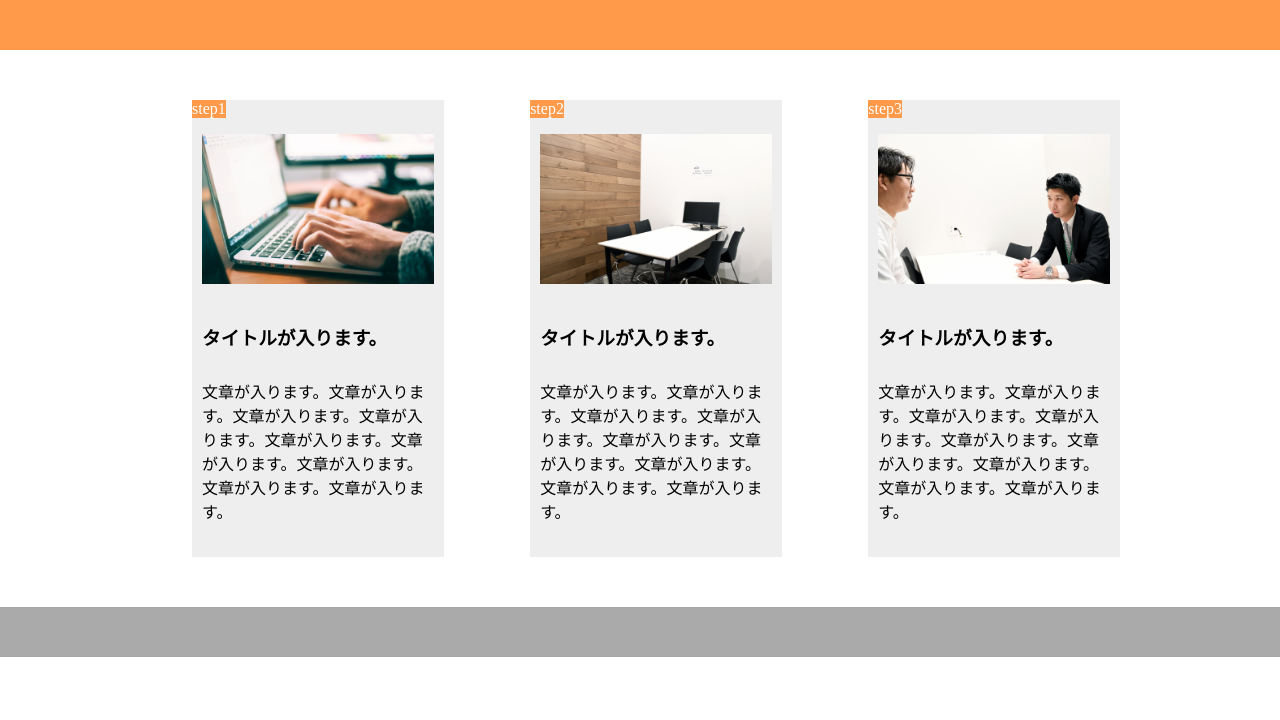
Repository: nosuyuki1002/git-practice2
Page: chpter/9.html
The author's editor kept a record of every edit. The page is drawn from the files as they stood at one moment, then again after the next edit.
The browser window is 1280 px wide. The pictures show the whole page.

Above is the page before.

### chpter/9.html
<!DOCTYPE html>
<html lang="ja">

    <head>

        <meta charset="UTF-8" />
        <link rel="stylesheet" href="style.css">
        <title>chapter9</title>

    </head>

    <body>
        <header></header>

        <main>
        　　<div class="step-box">
        　　  <div class="step-img1"></div>
        　      <p class="step-num">step1</p>

        　　  <h3 class="title">タイトルが入ります。</h3>
        　　  <p>文章が入ります。文章が入ります。文章が入ります。文章が入ります。文章が入ります。文章が入ります。文章が入ります。文章が入ります。文章が入ります。</p>
        　　</div>

        　　<div class="step-box">
        　　  <div class="step-img2">
        　      <p class="step-num">step2</p>
        　     </div>
        　　  <h3 class="title">タイトルが入ります。</h3>
        　　  <p>文章が入ります。文章が入ります。文章が入ります。文章が入ります。文章が入ります。文章が入ります。文章が入ります。文章が入ります。文章が入ります。</p>
        　　</div>

        　　<div class="step-box">
        　　  <div class="step-img3">
        　      <p class="step-num">step3</p>
        　     </div>
        　　  <h3 class="title">タイトルが入ります。</h3>
        　　  <p>文章が入ります。文章が入ります。文章が入ります。文章が入ります。文章が入ります。文章が入ります。文章が入ります。文章が入ります。文章が入ります。</p>
        　　</div>
        </main>

        <footer></footer>
    </body>
</html>

### chpter/style.css
* {
    margin: 0;
    padding: 0;
    box-sizing: border-box;
}

header {
    height: 50px;
    background-color: #ff9a4b;
}

main {
    width: 960px;
    margin: 50px auto;
    display: flex;
}

.step-box {
    width: 300px;
    margin-right: 30px;
    padding: 10px;
    position: relative;
    background-color: #eee;
}

.step-box:last-child {
    margin-right: 0;
}

.step-img1 {
    height: 150px;
    background-image: url(img3/flow01.png);
    background-position: bottom;
    background-size: cover;
}

.step-img2 {
    height: 150px;
    background-image: url(img3/flow02.png);
    background-position: bottom;
    background-size: cover;
}

.step-img3 {
    height: 150px;
    background-image: url(img3/flow03.png);
    background-position: bottom;
    background-size: cover;
}

.step-num {
    position: absolute;
    top: 0;
    left: 0;
    background-color: #ff9a4b;
    color: white;
}

.title {
    margin: 15px 0 5px;
}

footer {
    height: 50px;
    background-color: #aaa;
}

@media screen and (max-width: 768px) {
    header {
        width: 100%;
    }

    main {
        width: 100%;
        margin: 50px auto;
        display: block;
    }

    .step-box {
        width: 90%;
        padding-bottom: 20px;
    }


}

After the next edit:
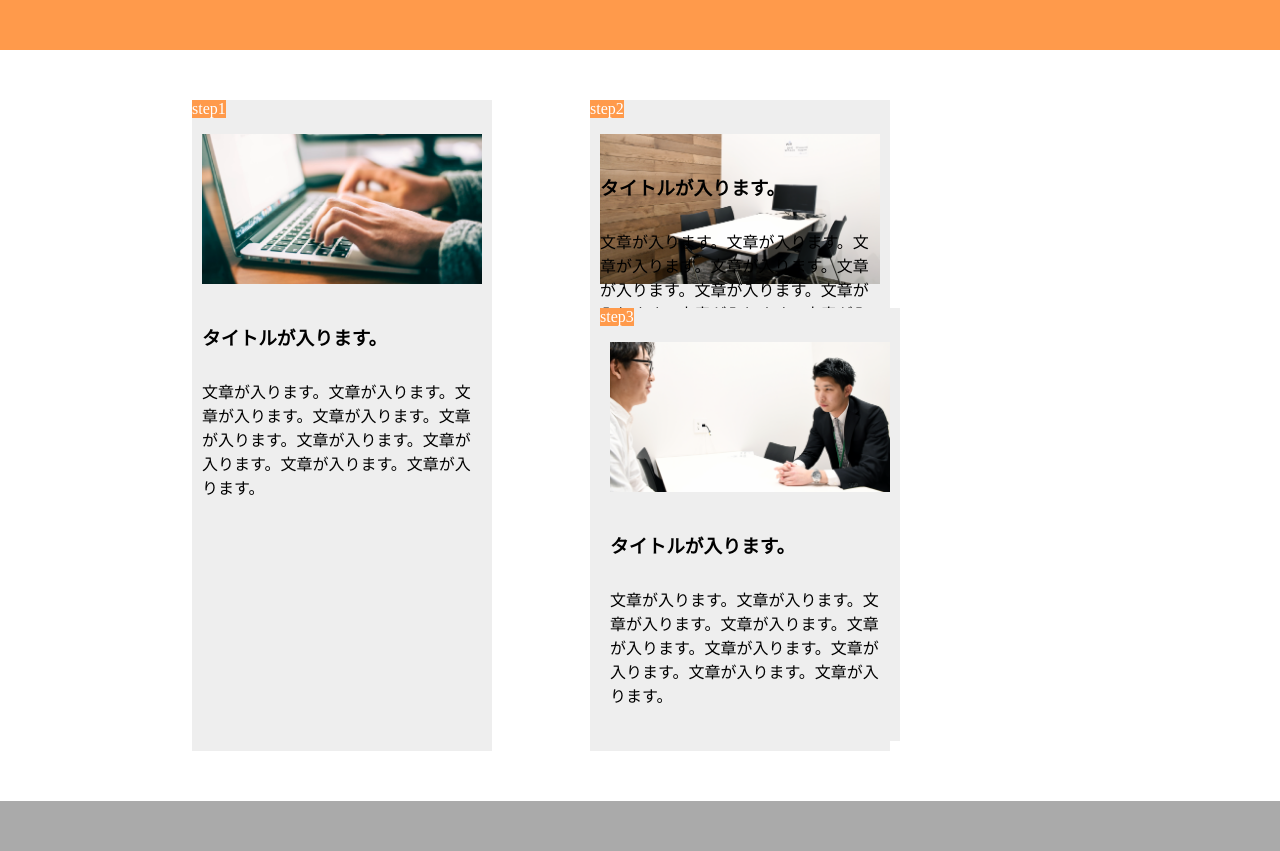
The edit:
--- a/chpter/9.html
+++ b/chpter/9.html
@@ -24,7 +24,7 @@
         　　<div class="step-box">
         　　  <div class="step-img2">
         　      <p class="step-num">step2</p>
-        　     </div>
+
         　　  <h3 class="title">タイトルが入ります。</h3>
         　　  <p>文章が入ります。文章が入ります。文章が入ります。文章が入ります。文章が入ります。文章が入ります。文章が入ります。文章が入ります。文章が入ります。</p>
         　　</div>

After the edit that followed:
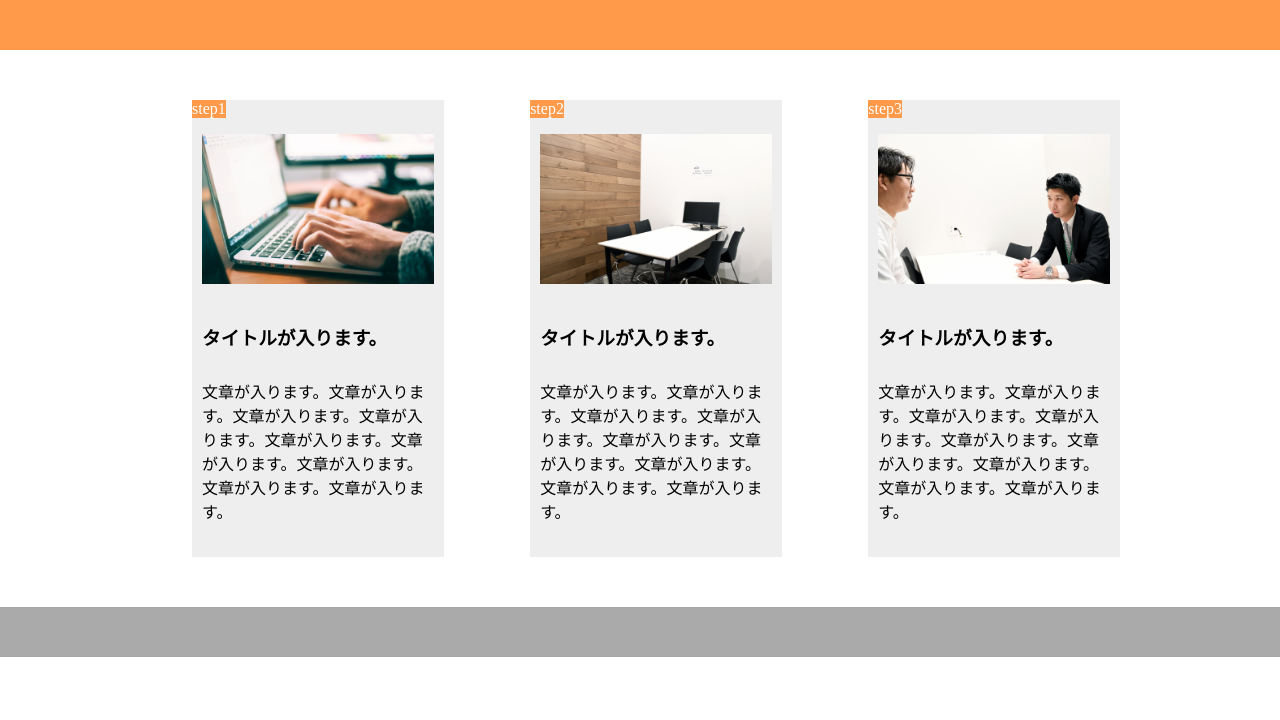
The edit:
--- a/chpter/9.html
+++ b/chpter/9.html
@@ -22,7 +22,7 @@
         　　</div>
 
         　　<div class="step-box">
-        　　  <div class="step-img2">
+        　　  <div class="step-img2"></div>
         　      <p class="step-num">step2</p>
 
         　　  <h3 class="title">タイトルが入ります。</h3>
